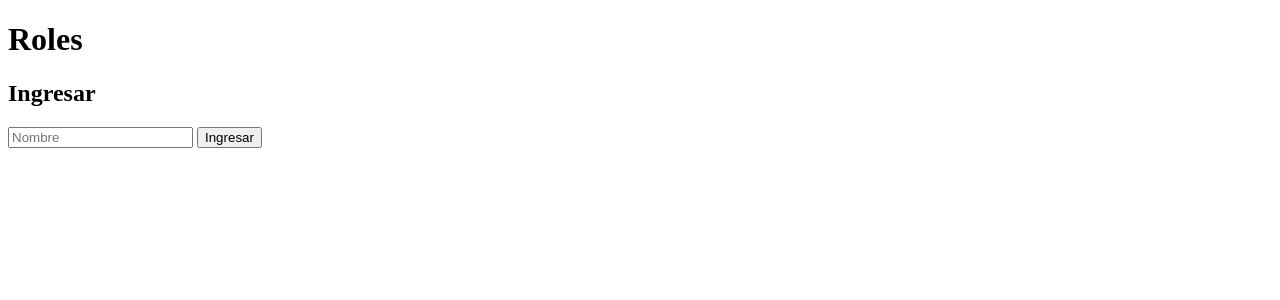
Repository: DA5CH25/kohaku_php
Page: http://localhost/kohaku_php/views/modules/ingresar.php
These files come from the project's save history. The page is drawn as it stood at one moment and after the next save; the edit follows.
The browser window is 1280 px wide. The pictures show the whole page.
The page is run by PHP 8.4 with error messages shown; the project is at /var/www/html/.

Above is the page before, as saved 2021-04-26 14:40:29.

### views/modules/ingresar.php
<!DOCTYPE html>
<html lang="en">
<head>
	<meta charset="UTF-8" />
	<title>Roles</title>
</head>
<body>
	<header>
		<h1>Roles</h1>
		<h2>Ingresar</h2>
	</header>

	<form action="../controllers/Roles.controlador.php?a=ingr" method="POST">
		<input name="nombre" placeholder="Nombre" />
		<input type="submit" value="Ingresar" />
	</form>
</body>
</html>

After the next save:
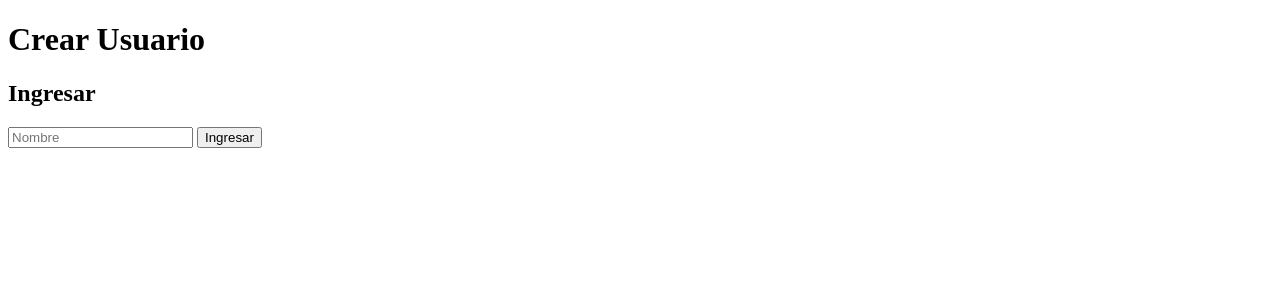
Saved 85 s later.
--- a/views/modules/ingresar.php
+++ b/views/modules/ingresar.php
@@ -6,7 +6,7 @@
 </head>
 <body>
 	<header>
-		<h1>Roles</h1>
+		<h1>Crear Usuario</h1>
 		<h2>Ingresar</h2>
 	</header>
 
